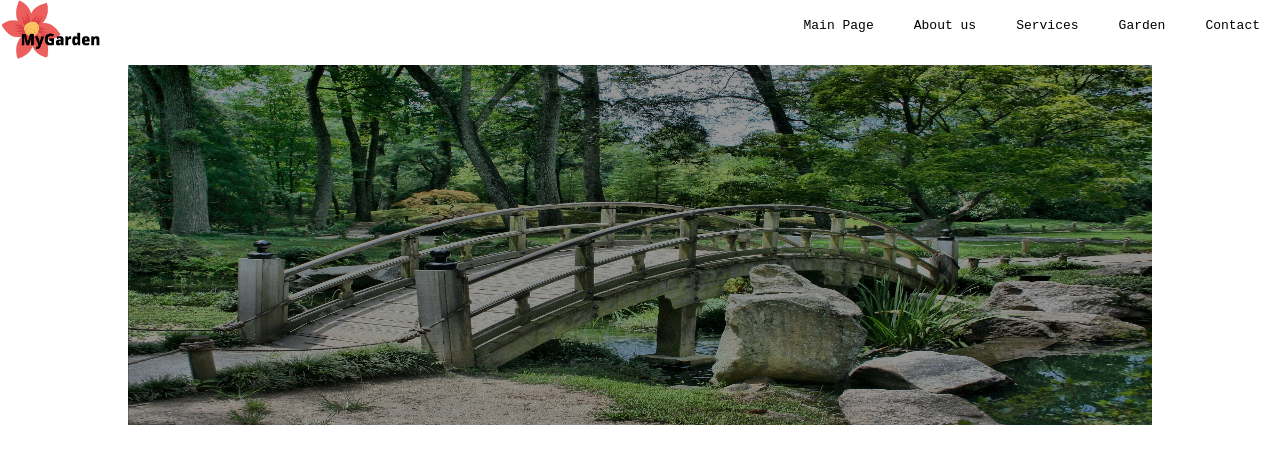
Repository: PatryxB/garden
Page: http://localhost/
An editor plug-in stored every save of this project. The page is shown before and after the next save, followed by the edit.
The browser window is 1280 px wide. The pictures show the whole page.
Some web fonts or font styles are not loaded; a fallback is used. The page is served by the project's Laravel application, run on PHP 8.4 with Laravel 8. Style sheets and scripts are compiled from the project's sources, by tool versions that may differ from the author's.

Above is the page before, as saved 2020-05-01 21:39:19.

After the next save:
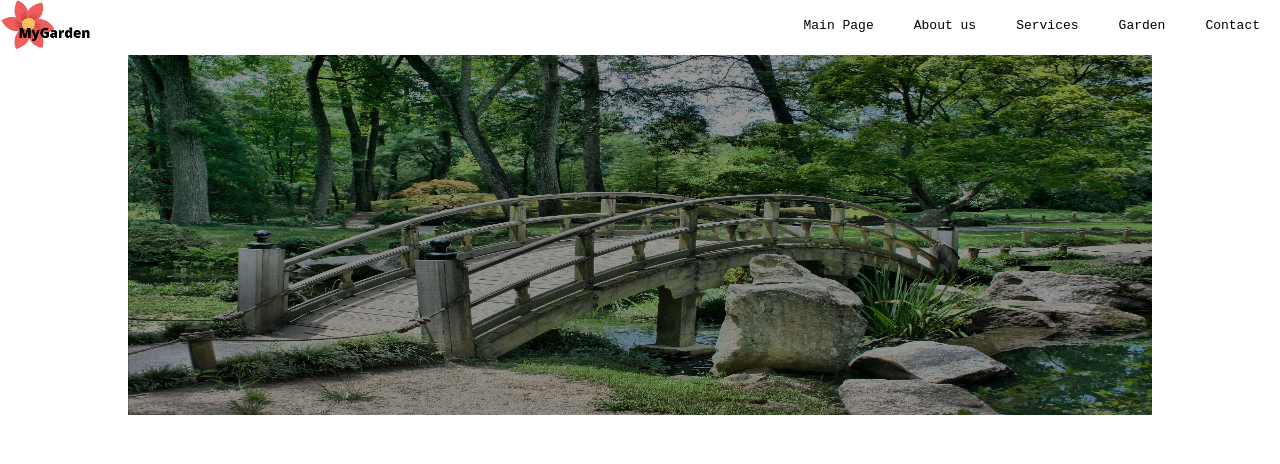
Saved 14 s later.
--- a/resources/views/welcome.blade.php
+++ b/resources/views/welcome.blade.php
@@ -13,7 +13,7 @@
     <body>
 
         <nav>
-            <img src="{{asset('/img/MyGarden.png')}}" width="100" height="60">
+            <img src="{{asset('/img/MyGarden.png')}}" width="90" height="50">
             <ul>
                 <li><a href="">Main Page</a></li>
                 <li><a href="">About us</a></li>
